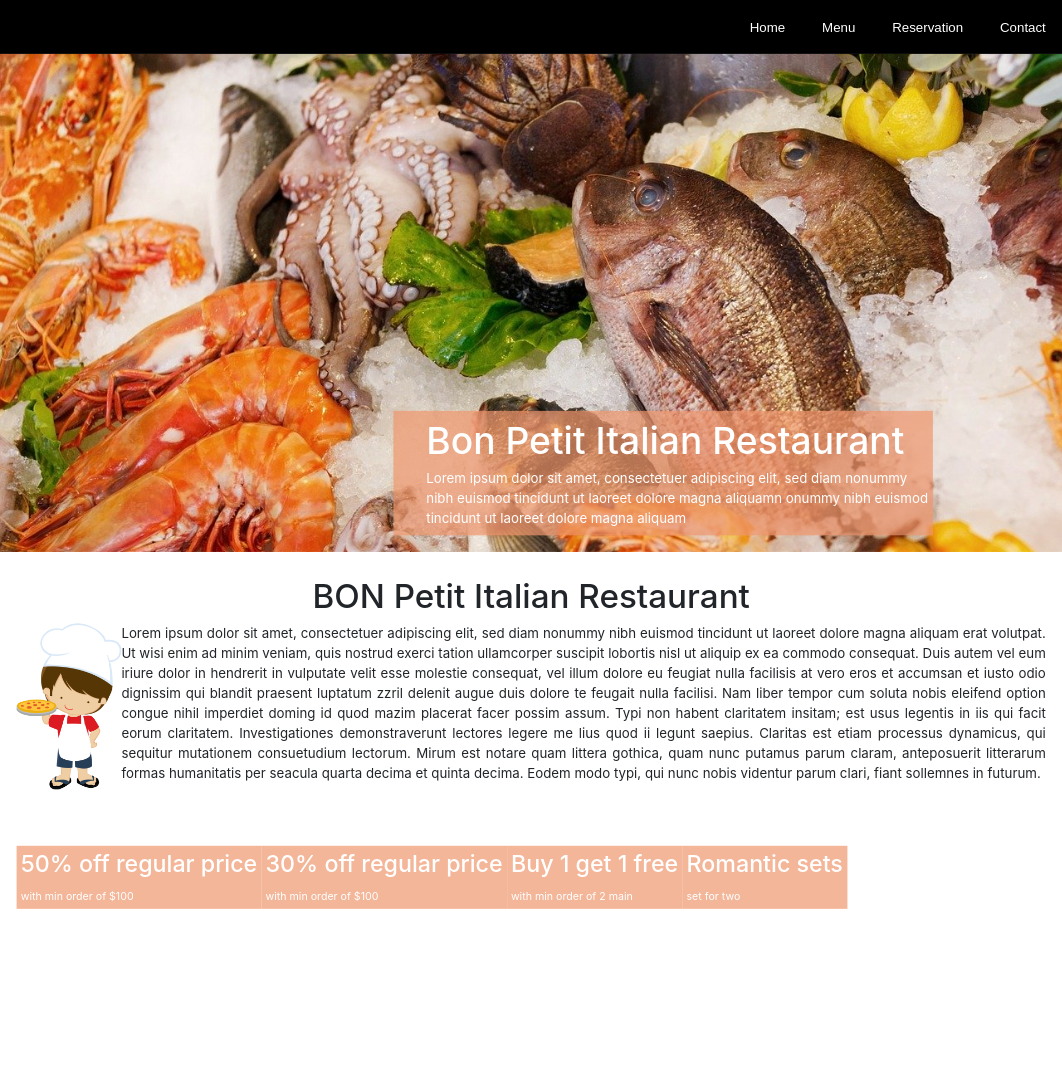
Repository: 4forces/HTML-CSS-LESSON
Page: mock-up-project.html
The author's editor kept a record of every edit. The page is drawn from the files as they stood at one moment, then again after the next edit.
The browser window is 1280 px wide. The pictures show the whole page, at 83% of full size.

Above is the page before.

After the next edit:
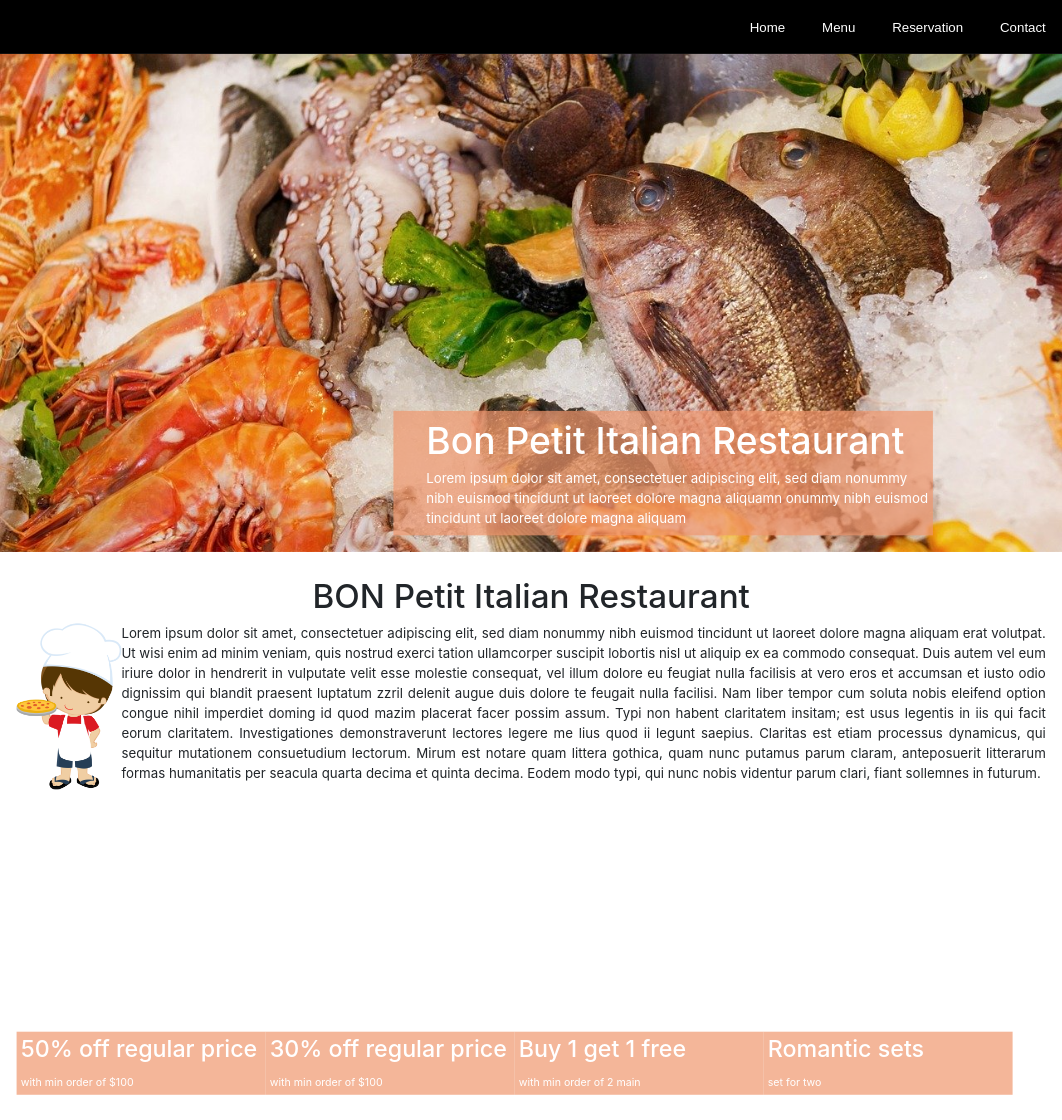
The edit:
--- a/styles/mock-up.css
+++ b/styles/mock-up.css
@@ -70,6 +70,8 @@
 }
 #promo-1 {
     background-image: url(../images/smoked_duck_scallops_with_XO_sauce.jpg);
+}
+.promo-frame{
     background-position: center;
     background-repeat: no-repeat;
     background-size: cover;
